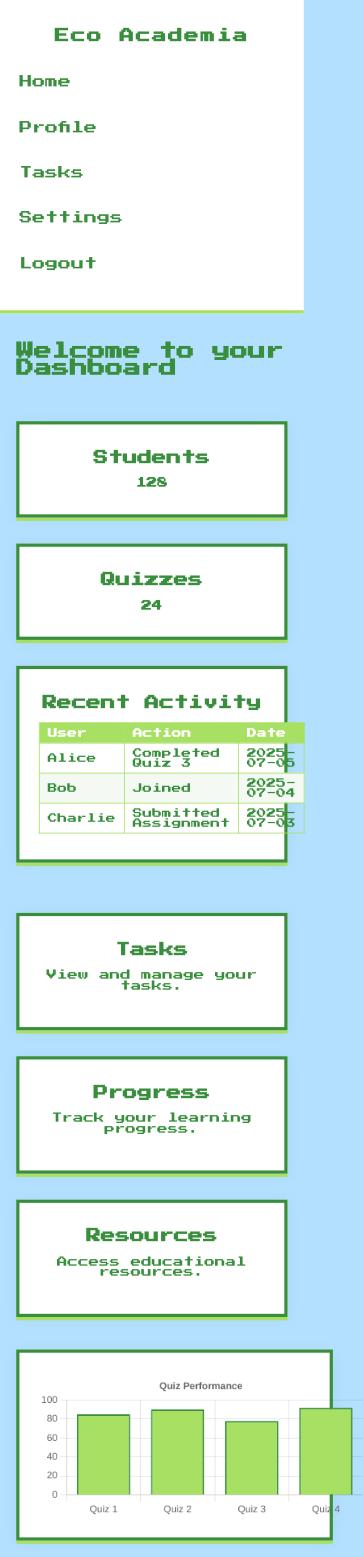
Repository: hotaruhshs/eco-academia
Page: admin/dashboard.html
The author's editor kept a copy of each file at every save. The page is drawn from the files as they stood at one save, then again after the next save.
The browser window is 375 px wide. The page is 448 px wide, then 418 px, so the pictures cover 448 px, including what lies to the right of the window. The pictures show the whole page, at 81% of full size.

Above is the page before, as saved 2025-07-06 01:45:02.

### admin/dashboard.html
<!DOCTYPE html>
<html lang="en">
  <head>
    <meta charset="UTF-8" />
    <meta name="viewport" content="width=device-width, initial-scale=1.0" />
    <title>Eco Academia Dashboard</title>
    <link rel="stylesheet" href="css/dashboard.css" />
    <link
      href="https://fonts.googleapis.com/css2?family=Press+Start+2P&display=swap"
      rel="stylesheet"
    />
  </head>
  <body>
    <div class="sidebar">
      <h2>Eco Academia</h2>
      <ul>
        <li><a href="#">Home</a></li>
        <li><a href="#">Profile</a></li>
        <li><a href="#">Tasks</a></li>
        <li><a href="#">Settings</a></li>
        <li><a href="#">Logout</a></li>
      </ul>
    </div>
    <div class="main-content">
      <h1>Welcome to your Dashboard</h1>
      <div class="metrics-cards">
        <div class="card metric-card">
          <h3>Students</h3>
          <p class="metric-value">128</p>
        </div>
        <div class="card metric-card">
          <h3>Quizzes</h3>
          <p class="metric-value">24</p>
        </div>
        <div class="card metric-card">
          <h3>Recent Activity</h3>
          <table class="activity-table">
            <thead>
              <tr>
                <th>User</th>
                <th>Action</th>
                <th>Date</th>
              </tr>
            </thead>
            <tbody>
              <tr>
                <td>Alice</td>
                <td>Completed Quiz 3</td>
                <td>2025-07-05</td>
              </tr>
              <tr>
                <td>Bob</td>
                <td>Joined</td>
                <td>2025-07-04</td>
              </tr>
              <tr>
                <td>Charlie</td>
                <td>Submitted Assignment</td>
                <td>2025-07-03</td>
              </tr>
            </tbody>
          </table>
        </div>
      </div>
      <div class="cards">
        <div class="card">
          <h3>Tasks</h3>
          <p>View and manage your tasks.</p>
        </div>
        <div class="card">
          <h3>Progress</h3>
          <p>Track your learning progress.</p>
        </div>
        <div class="card">
          <h3>Resources</h3>
          <p>Access educational resources.</p>
        </div>
      </div>
      <div class="charts-section">
        <canvas id="progressChart" width="400" height="180"></canvas>
      </div>
    </div>
    <script src="js/dashboard.js"></script>
  </body>
</html>

### admin/css/dashboard.css
body {
  margin: 0;
  font-family: "Press Start 2P", "Segoe UI", Tahoma, Geneva, Verdana, sans-serif;
  background: #b3e0ff;
  color: #23272e;
  min-height: 100vh;
  /* Remove flex layout from body to allow normal block flow */
}

body::before,
body::after {
  display: none;
}
@import url("https://fonts.googleapis.com/css2?family=Press+Start+2P&display=swap");

.sidebar {
  position: fixed;
  left: 0;
  top: 0;
  width: 220px;
  height: 100%;
  background: #fff;
  color: #388e3c;
  padding: 20px 0;
  box-shadow: 4px 0 0 #a8e063;
  border-right: 4px solid #a8e063;
}
.sidebar h2 {
  text-align: center;
  margin-bottom: 30px;
  font-family: "Press Start 2P", cursive;
  font-size: 18px;
  letter-spacing: 2px;
  color: #388e3c;
}
.sidebar ul {
  list-style: none;
  padding: 0;
}
.sidebar ul li {
  margin: 20px 0;
}
.sidebar ul li a {
  color: #388e3c;
  text-decoration: none;
  font-size: 16px;
  display: block;
  padding: 10px 20px;
  border-radius: 0;
  border-left: 4px solid transparent;
  transition: background 0.2s, border-color 0.2s;
  font-family: "Press Start 2P", cursive;
}
.sidebar ul li a:hover {
  background: #a8e063;
  border-left: 4px solid #388e3c;
  color: #fff;
}
.main-content {
  margin-left: 240px;
  padding: 40px;
  max-width: none;
  width: calc(100vw - 240px);
  box-sizing: border-box;
  display: flex;
  flex-direction: column;
  align-items: center;
}
.main-content h1 {
  color: #388e3c;
  font-family: "Press Start 2P", cursive;
  font-size: 22px;
  margin-bottom: 24px;
}
.cards {
  display: grid;
  grid-template-columns: repeat(3, 1fr);
  gap: 32px;
  margin-top: 30px;
  width: 100%;
}
.metrics-cards {
  display: grid;
  grid-template-columns: repeat(3, 1fr);
  gap: 32px;
  margin-top: 30px;
  margin-bottom: 32px;
  width: 100%;
}
.card {
  background: #fff;
  border-radius: 0;
  box-shadow: 0 4px 0 #a8e063, 0 2px 16px rgba(56, 142, 60, 0.08);
  padding: 32px 24px;
  border: 4px solid #388e3c;
  color: #388e3c;
  font-family: "Press Start 2P", "Segoe UI", Tahoma, Geneva, Verdana, sans-serif;
  text-align: center;
  transition: box-shadow 0.2s, border-color 0.2s;
  position: relative;
}
.card:hover {
  box-shadow: 0 8px 0 #a8e063, 0 4px 32px rgba(56, 142, 60, 0.18);
  border-color: #a8e063;
}
.card h3 {
  margin-top: 0;
  font-size: 18px;
  color: #388e3c;
  margin-bottom: 16px;
}
.card p {
  font-size: 13px;
  color: #388e3c;
}

/* Pixel-style button */
.btn-pixel {
  font-family: "Press Start 2P", cursive;
  background: #fff;
  color: #388e3c;
  border: 3px solid #388e3c;
  padding: 10px 24px;
  border-radius: 0;
  box-shadow: 2px 2px 0 #a8e063;
  cursor: pointer;
  transition: background 0.2s, color 0.2s;
  outline: 2px solid #a8e063;
  outline-offset: -6px;
  text-transform: uppercase;
  letter-spacing: 1px;
}
.btn-pixel:hover {
  background: #388e3c;
  color: #fff;
  border-color: #a8e063;
  outline: 2px solid #388e3c;
}

::-webkit-scrollbar {
  width: 8px;
  background: #fff;
}
::-webkit-scrollbar-thumb {
  background: #a8e063;
}
.metric-card {
  min-width: 180px;
}
.metric-value {
  font-size: 32px;
  font-weight: bold;
  color: #23272e;
  margin: 16px 0 0 0;
}
.activity-table {
  width: 100%;
  border-collapse: collapse;
  margin-top: 10px;
  font-size: 12px;
}
.activity-table th,
.activity-table td {
  border: 1px solid #a8e063;
  padding: 6px 10px;
  text-align: left;
}
.activity-table th {
  background: #a8e063;
  color: #fff;
}
.activity-table tr:nth-child(even) {
  background: #f4f9f4;
}
.charts-section {
  margin-top: 40px;
  background: #fff;
  border: 4px solid #388e3c;
  box-shadow: 0 4px 0 #a8e063, 0 2px 16px rgba(56, 142, 60, 0.08);
  padding: 24px;
  border-radius: 0;
  max-width: 500px;
  width: 100%;
  margin-left: auto;
  margin-right: auto;
}

@media (max-width: 1100px) {
  .metrics-cards,
  .cards {
    grid-template-columns: repeat(2, 1fr);
  }
}
@media (max-width: 700px) {
  .metrics-cards,
  .cards {
    grid-template-columns: 1fr;
  }
}
@media (max-width: 900px) {
  .main-content {
    margin-left: 0;
    width: 100vw;
    padding: 20px;
  }
  .sidebar {
    position: static;
    width: 100%;
    height: auto;
    box-shadow: none;
    border-right: none;
    border-bottom: 4px solid #a8e063;
  }
}

### admin/js/dashboard.js
// dashboard.js
// Add interactivity here if needed
console.log('Dashboard loaded');

// Chart.js sample bar chart for progress
window.addEventListener('DOMContentLoaded', function () {
  if (document.getElementById('progressChart')) {
    const ctx = document.getElementById('progressChart').getContext('2d');
    // Load Chart.js from CDN if not present
    if (typeof Chart === 'undefined') {
      const script = document.createElement('script');
      script.src = 'https://cdn.jsdelivr.net/npm/chart.js';
      script.onload = () => renderChart(ctx);
      document.head.appendChild(script);
    } else {
      renderChart(ctx);
    }
  }
});

function renderChart(ctx) {
  new Chart(ctx, {
    type: 'bar',
    data: {
      labels: ['Quiz 1', 'Quiz 2', 'Quiz 3', 'Quiz 4'],
      datasets: [{
        label: 'Average Score',
        data: [85, 90, 78, 92],
        backgroundColor: '#a8e063',
        borderColor: '#388e3c',
        borderWidth: 2
      }]
    },
    options: {
      responsive: false,
      plugins: {
        legend: { display: false },
        title: { display: true, text: 'Quiz Performance' }
      },
      scales: {
        y: { beginAtZero: true, max: 100 }
      }
    }
  });
}

After the next save:
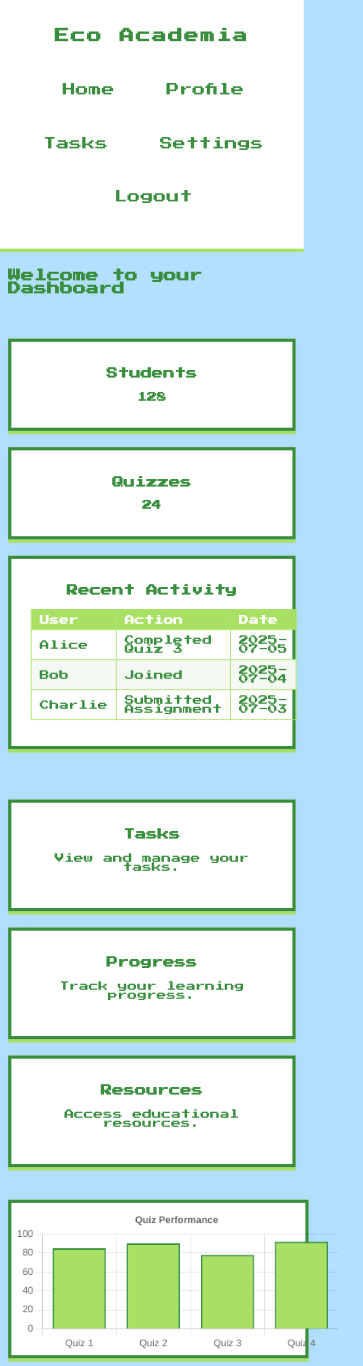
Saved 33 s later.
--- a/admin/css/dashboard.css
+++ b/admin/css/dashboard.css
@@ -185,16 +185,23 @@ body::after {
   margin-right: auto;
 }
 
+@media (max-width: 1200px) {
+  .main-content {
+    padding: 20px;
+    max-width: 100vw;
+  }
+  .metrics-cards, .cards {
+    max-width: 100vw;
+    grid-template-columns: repeat(2, 1fr);
+  }
+  .charts-section {
+    max-width: 100vw;
+  }
+}
 @media (max-width: 1100px) {
   .metrics-cards,
   .cards {
     grid-template-columns: repeat(2, 1fr);
-  }
-}
-@media (max-width: 700px) {
-  .metrics-cards,
-  .cards {
-    grid-template-columns: 1fr;
   }
 }
 @media (max-width: 900px) {
@@ -212,3 +219,49 @@ body::after {
     border-bottom: 4px solid #a8e063;
   }
 }
+@media (max-width: 800px) {
+  .main-content {
+    margin-left: 0;
+    width: 100vw;
+    padding: 10px;
+  }
+  .sidebar {
+    position: static;
+    width: 100%;
+    height: auto;
+    box-shadow: none;
+    border-right: none;
+    border-bottom: 4px solid #a8e063;
+    text-align: center;
+  }
+  .sidebar ul {
+    display: flex;
+    flex-wrap: wrap;
+    justify-content: center;
+    gap: 10px;
+  }
+  .sidebar ul li {
+    margin: 10px 5px;
+  }
+  .metrics-cards, .cards {
+    grid-template-columns: 1fr;
+    gap: 20px;
+  }
+  .charts-section {
+    padding: 10px;
+  }
+}
+@media (max-width: 500px) {
+  .main-content h1 {
+    font-size: 16px;
+  }
+  .card h3 {
+    font-size: 14px;
+  }
+  .card p, .metric-value {
+    font-size: 12px;
+  }
+  .charts-section {
+    padding: 4px;
+  }
+}
